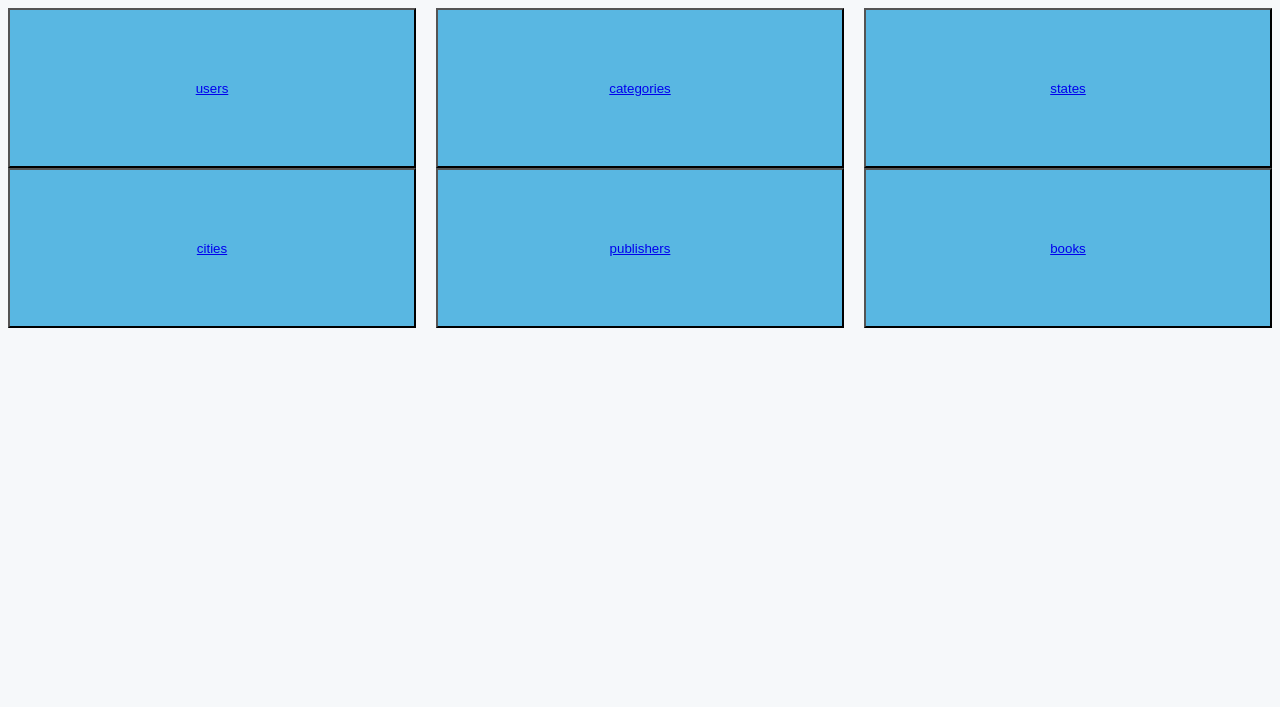
Repository: fontanive12/Biblioteca
Page: front/paginaInicial.html
These files come from the project's save history. The page is drawn as it stood at one moment and after the next save; the edit follows.
The browser window is 1280 px wide. The pictures show the whole page.

Above is the page before, as saved 2022-09-05 17:44:40.

After the next save:
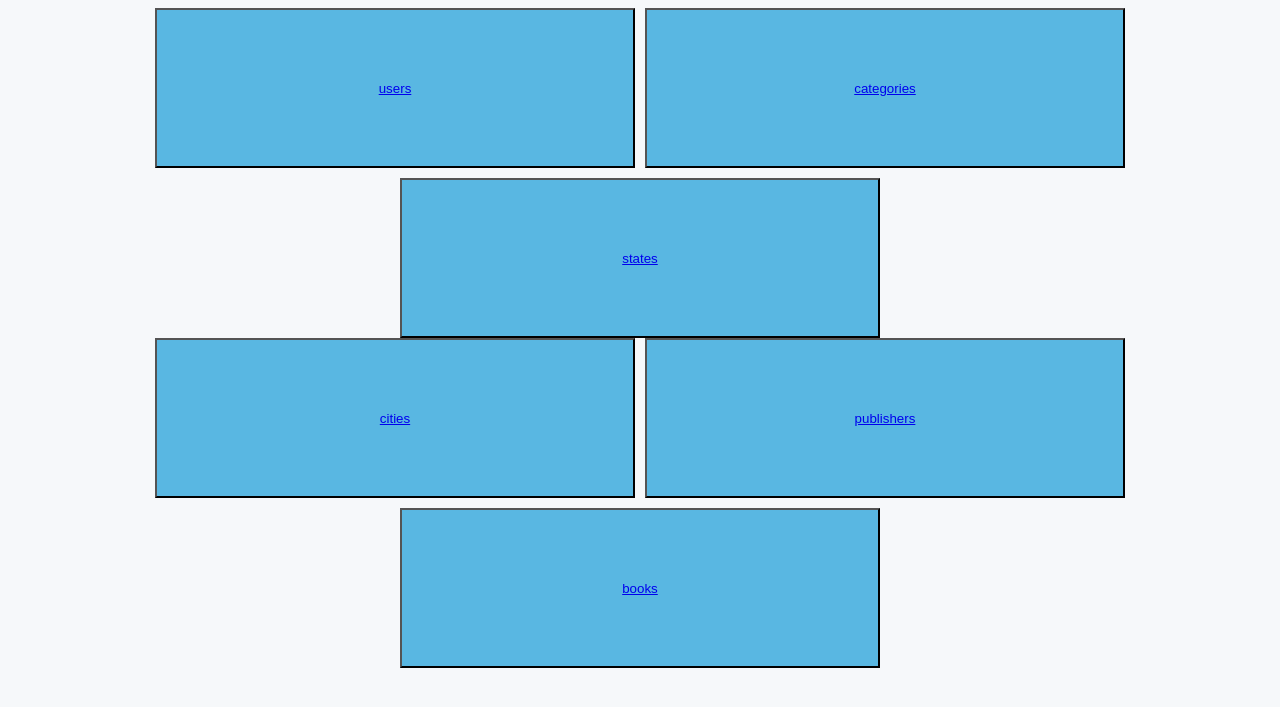
Saved 66 s later.
--- a/front/styles.css
+++ b/front/styles.css
@@ -18,7 +18,10 @@ td {
   flex-direction: row;
   justify-content: center;
   align-items: center;
-  gap:20px 20px;
+  flex-wrap: wrap;
+  align-content: center;
+  row-gap: 10px;
+  column-gap: 10px;
 }
 
 .buttonMenu {
